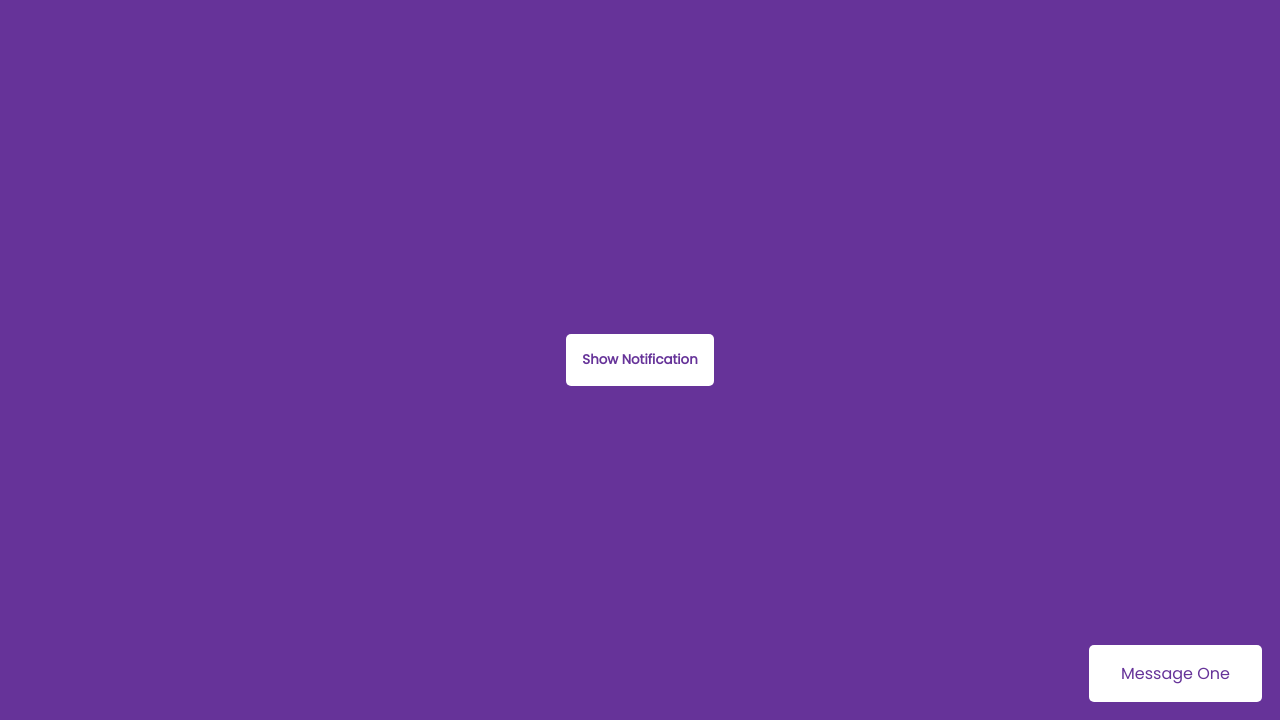
Repository: eagle-tex/50-projects-BT
Page: 27-toast-notification/index.html
The author's editor kept a copy of each file at every save. The page is drawn from the files as they stood at one save, then again after the next save.
The browser window is 1280 px wide. The pictures show the whole page.
After loading, the first visible `#button` was clicked once.

Above is the page before, as saved 2021-01-19 22:24:52.

After the next save:
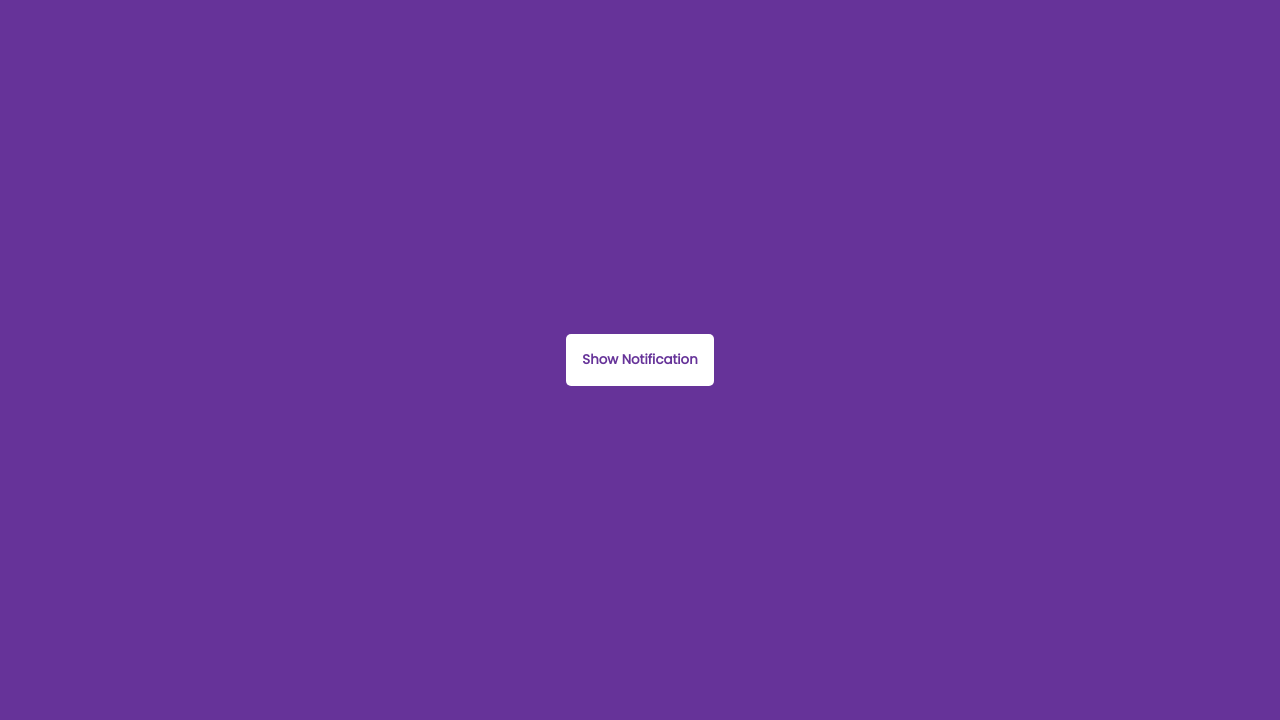
Saved 88 s later.
--- a/27-toast-notification/script.js
+++ b/27-toast-notification/script.js
@@ -11,13 +11,16 @@
 
 function createNotification() {
   const message = messages[Math.floor(Math.random() * messages.length)];
+
+  const toast = document.createElement('div');
+  toast.classList.add('toast');
+  toast.innerText = message;
+  toast.style.right = 10;
+  toast.style.bottom = 10;
+  toasts.appendChild(toast);
+
   setTimeout(() => {
-    const toast = document.createElement('div');
-    toast.classList.add('toast');
-    toast.innerText = message;
-    toast.style.right = 10;
-    toast.style.bottom = 10;
-    toasts.appendChild(toast);
+    toasts.removeChild(toast);
   }, 1000);
 }
 

After the save that followed:
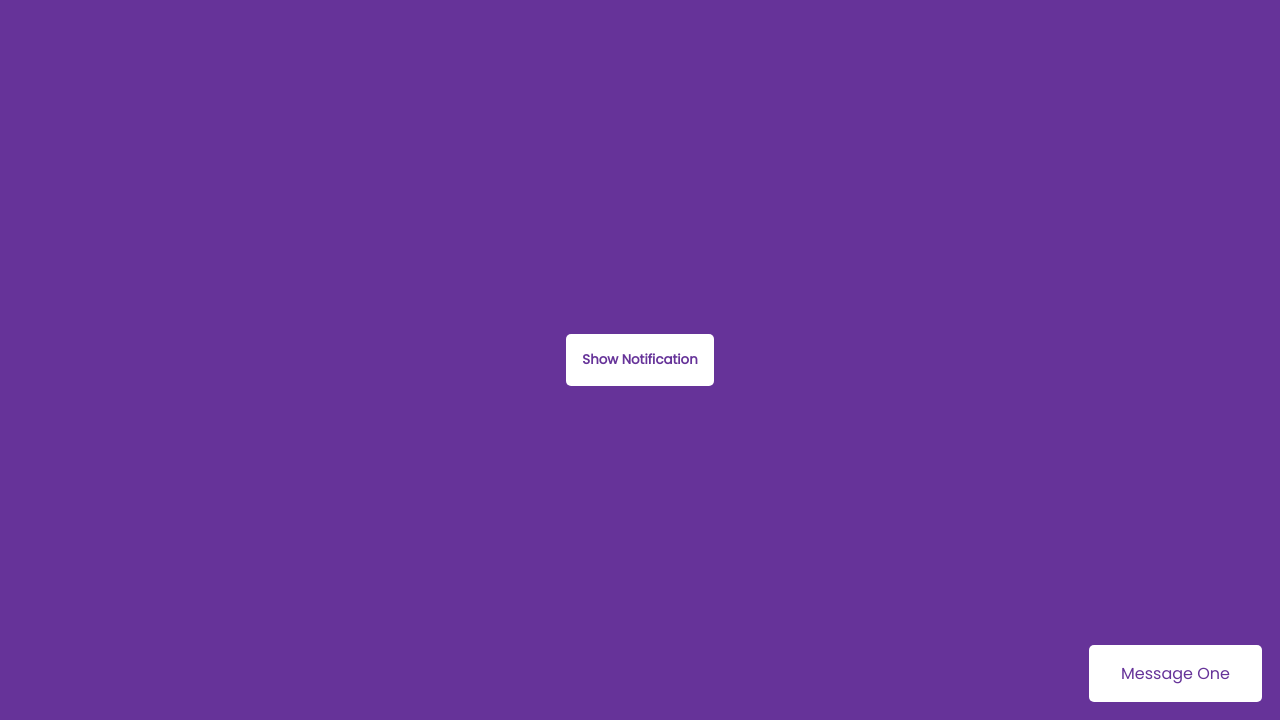
Saved 17 s later.
--- a/27-toast-notification/script.js
+++ b/27-toast-notification/script.js
@@ -21,7 +21,7 @@
 
   setTimeout(() => {
     toasts.removeChild(toast);
-  }, 1000);
+  }, 3000);
 }
 
 button.addEventListener('click', createNotification);
